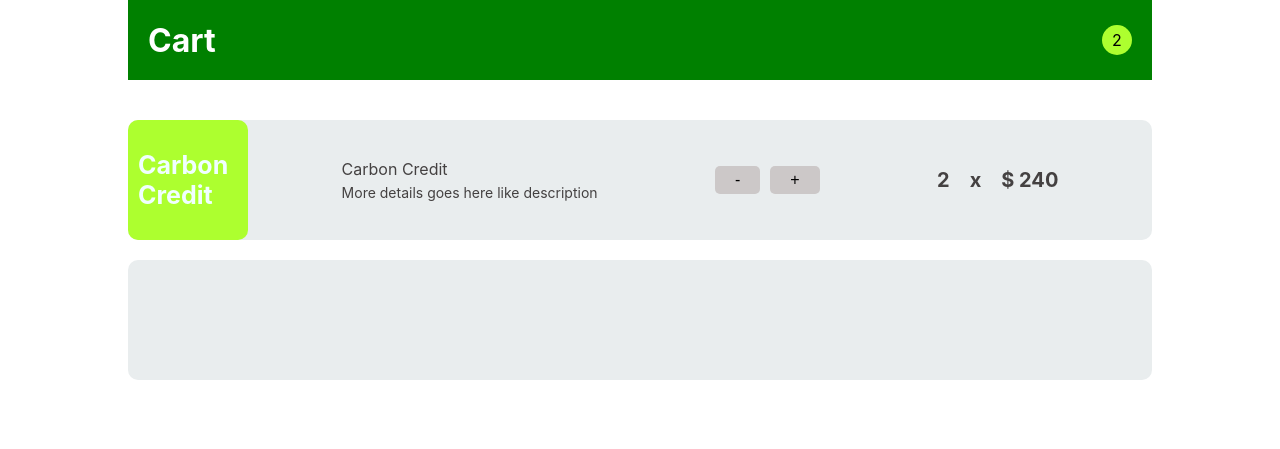
Repository: Yowani24/CarbonApp
Page: /cart
An editor plug-in stored every save of this project. The page is shown before and after the next save, followed by the edit.
The browser window is 1280 px wide. The pictures show the whole page.
The project was rebuilt for these pictures with package versions that can differ from the ones it lists, and the page was loaded fresh each time. The framework's server and built-in components were replaced by stand-ins that run in the browser. Also part of the build but not shown: next.config.js.

Above is the page before, as saved 2021-09-26 21:02:14.

After the next save:
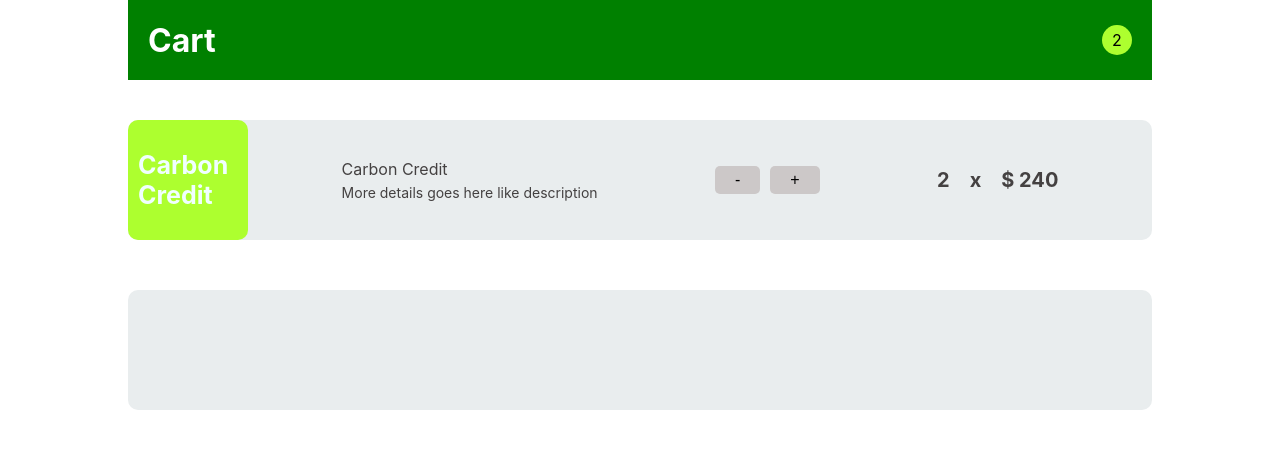
Saved 6 s later.
--- a/pages/cart/Cart.module.css
+++ b/pages/cart/Cart.module.css
@@ -92,5 +92,5 @@
     display: flex;
     align-items:center;
 
-    margin-top: 20px;
+    margin-top: 50px;
 }
